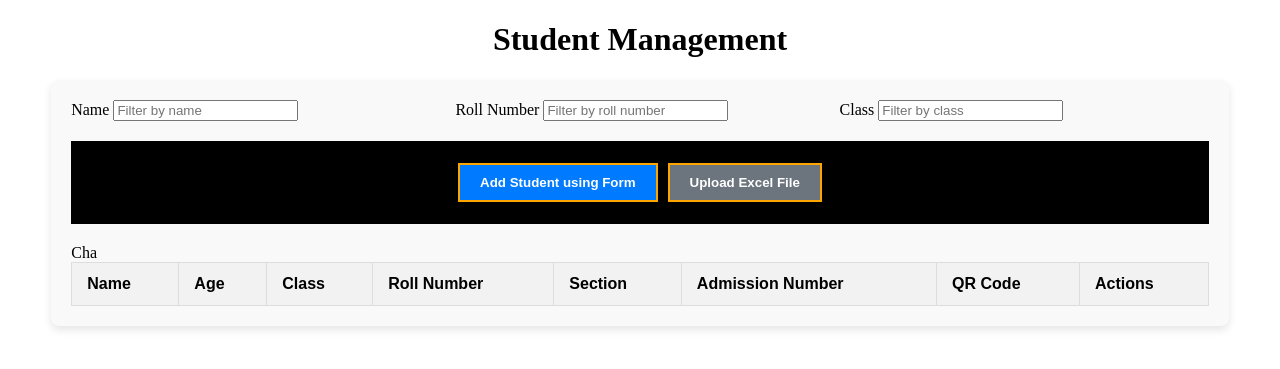
Repository: Hitesh8980/Student_Management
Page: / (app in Front-end/)
The author's editor kept a copy of each file at every save. The page is drawn from the files as they stood at one save, then again after the next save.
The browser window is 1280 px wide. The pictures show the whole page.
The page's requests for data from a server got no answer. The project was rebuilt for these pictures with package versions that can differ from the ones it lists, and the page was loaded fresh each time. No one was signed in, and anything a server would have sent is missing. Also part of the build but not shown: Front-end/vite.config.js, Front-end/src/components/QrcodeGenerator.jsx, Front-end/src/components/StudentForm.jsx, Front-end/src/components/Fileupload.jsx.

Above is the page before, as saved 2024-09-18 17:01:32.

After the next save:
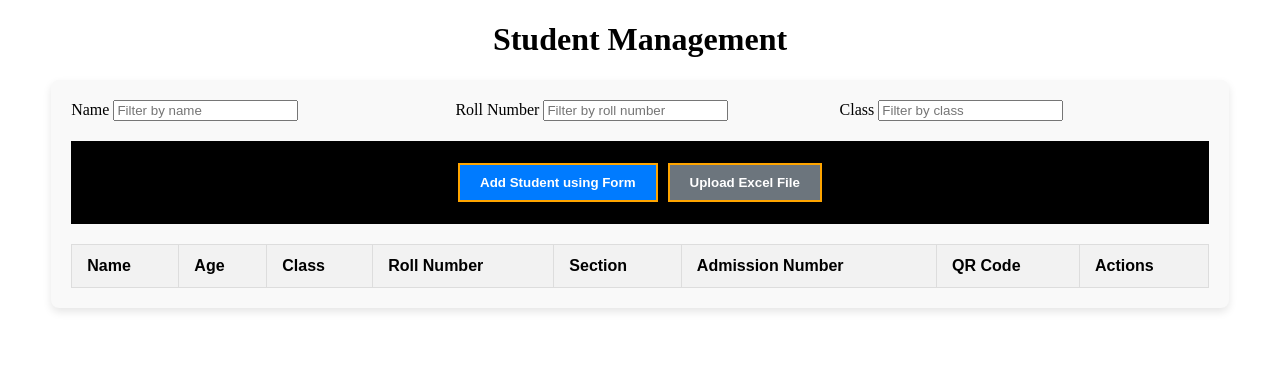
Saved 23 s later.
--- a/Front-end/src/components/Studentlist.jsx
+++ b/Front-end/src/components/Studentlist.jsx
@@ -158,7 +158,7 @@ function StudentList() {
     Upload Excel File
   </Button>
 </div>
-Cha
+
       {/* Conditionally rendering the Student Form */}
       {showForm && (
         <Collapse in={showForm}>
